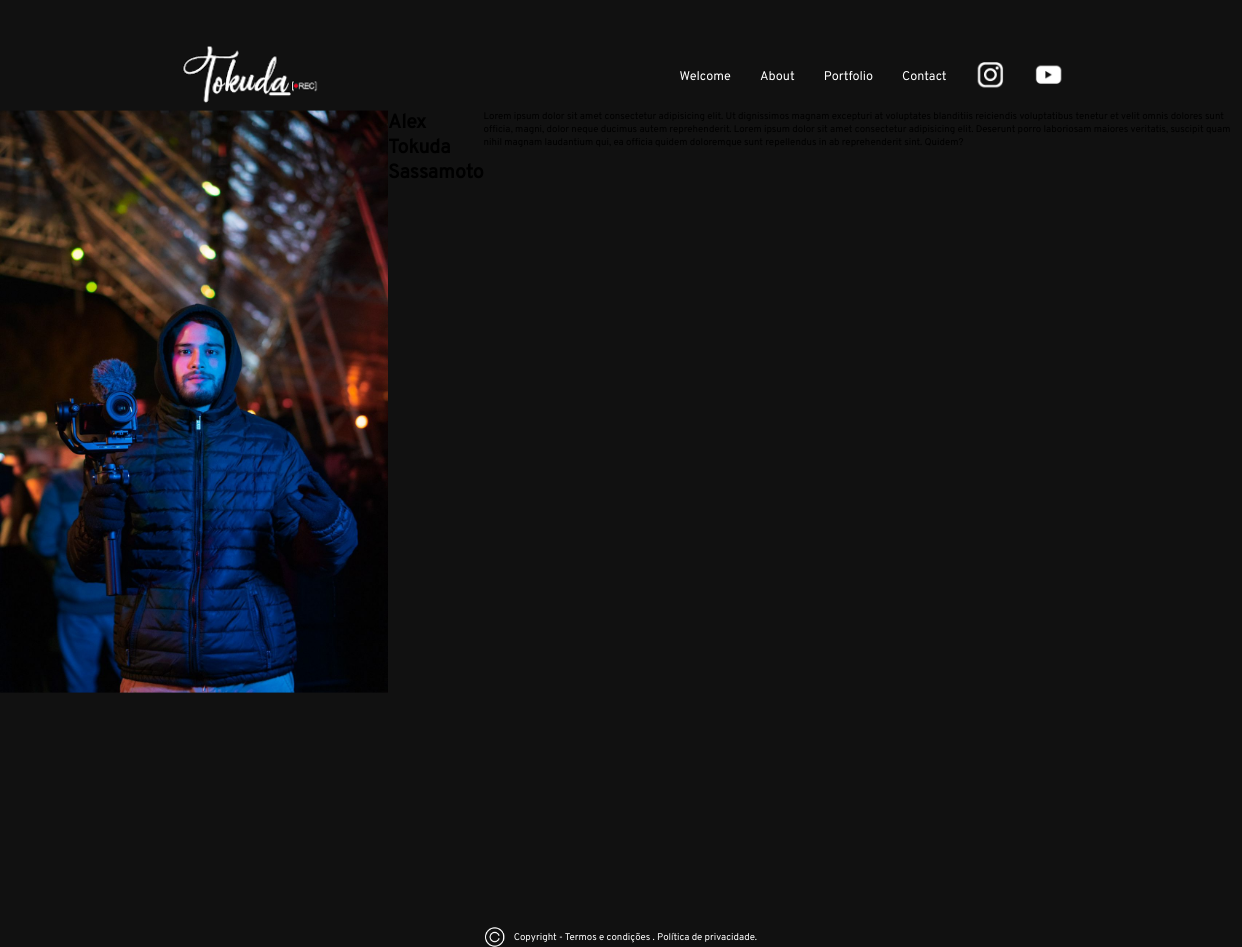
Repository: Lucasbeze/Project-FilmMaker
Page: projeto-alex/pages/about.html
An editor plug-in stored every save of this project. The page is shown before and after the next save, followed by the edit.
The browser window is 1280 px wide. The pictures show the whole page, at 97% of full size.

Above is the page before, as saved 2022-08-25 14:51:06.

After the next save:
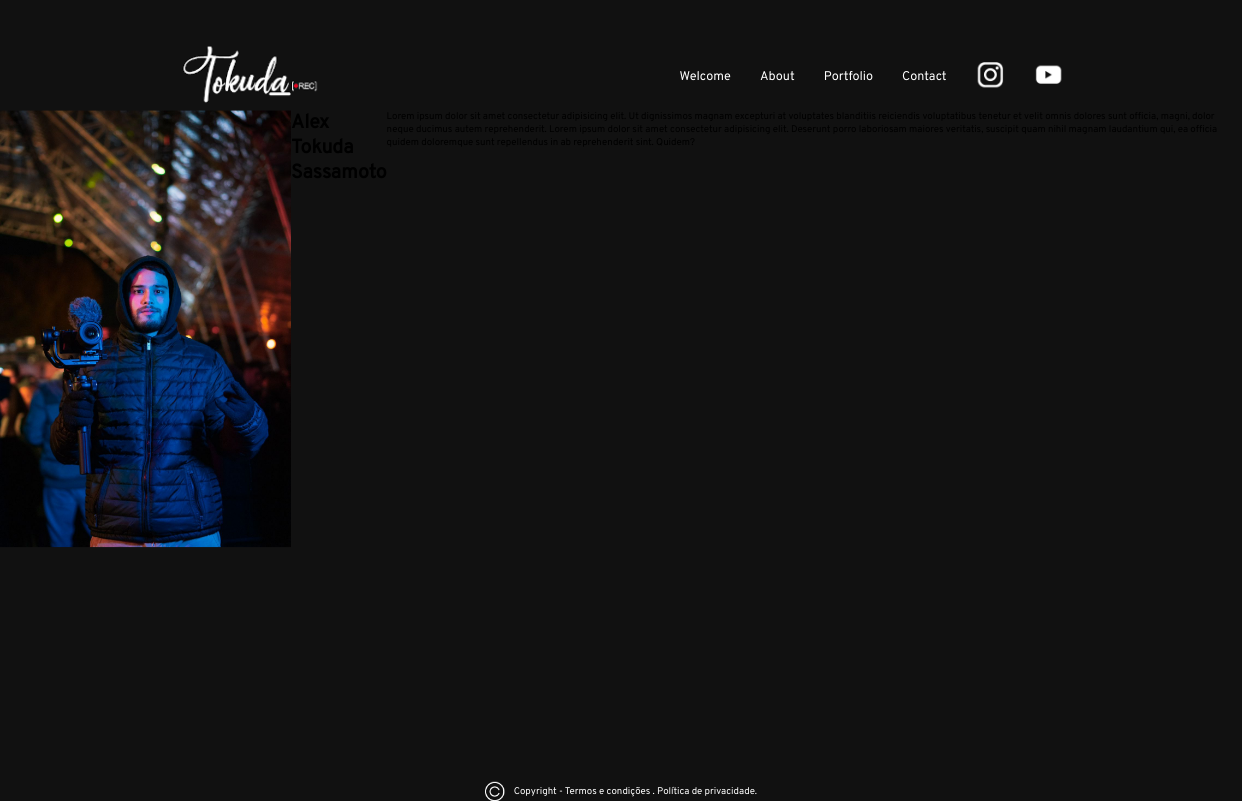
Saved 7 s later.
--- a/projeto-alex/css/about.css
+++ b/projeto-alex/css/about.css
@@ -41,7 +41,7 @@
   display: flex;
 }
 main img{
-  width: 40rem;
+  width: 30rem;
 }
 footer{
   margin-top:24.2rem ;
